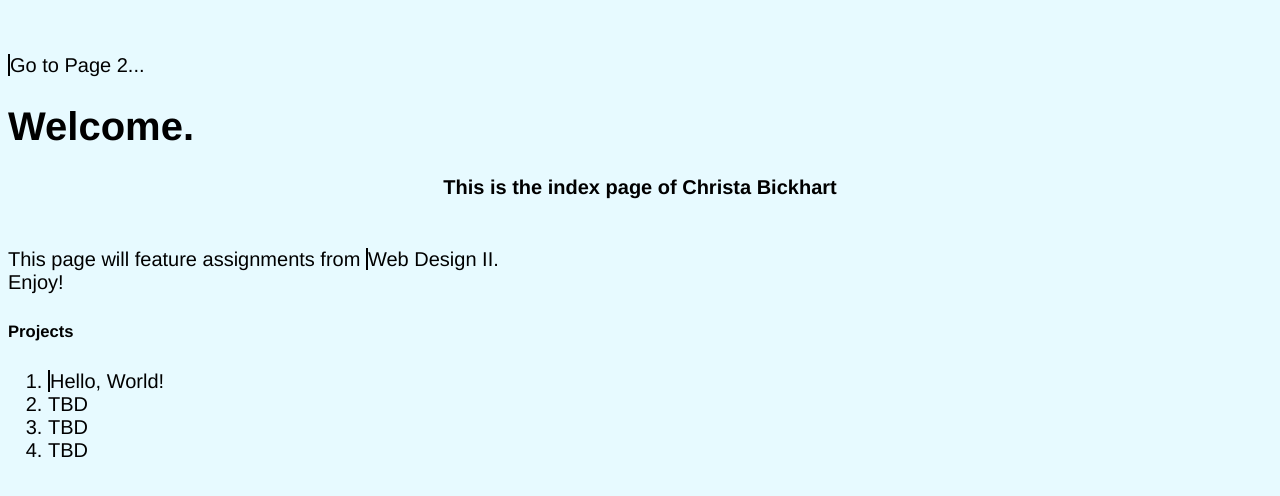
Repository: cbickhar/cbickhar.github.io
Page: index.html
The author's editor kept a record of every edit. The page is drawn from the files as they stood at one moment, then again after the next edit.
The browser window is 1280 px wide. The pictures show the whole page.

Above is the page before.

After the next edit:
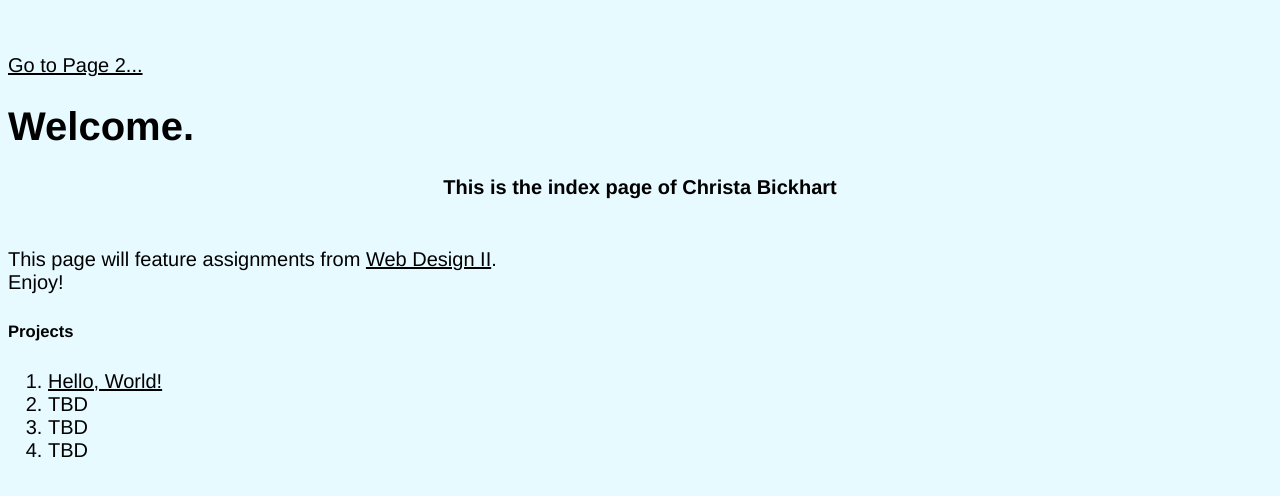
The edit:
--- a/css/styles.css
+++ b/css/styles.css
@@ -17,8 +17,7 @@
 
 a {
     color: black;
-    text-decoration: none;
-    border-left: 2px solid black;
+    text-decoration: underline;
 }
 
 h4{
